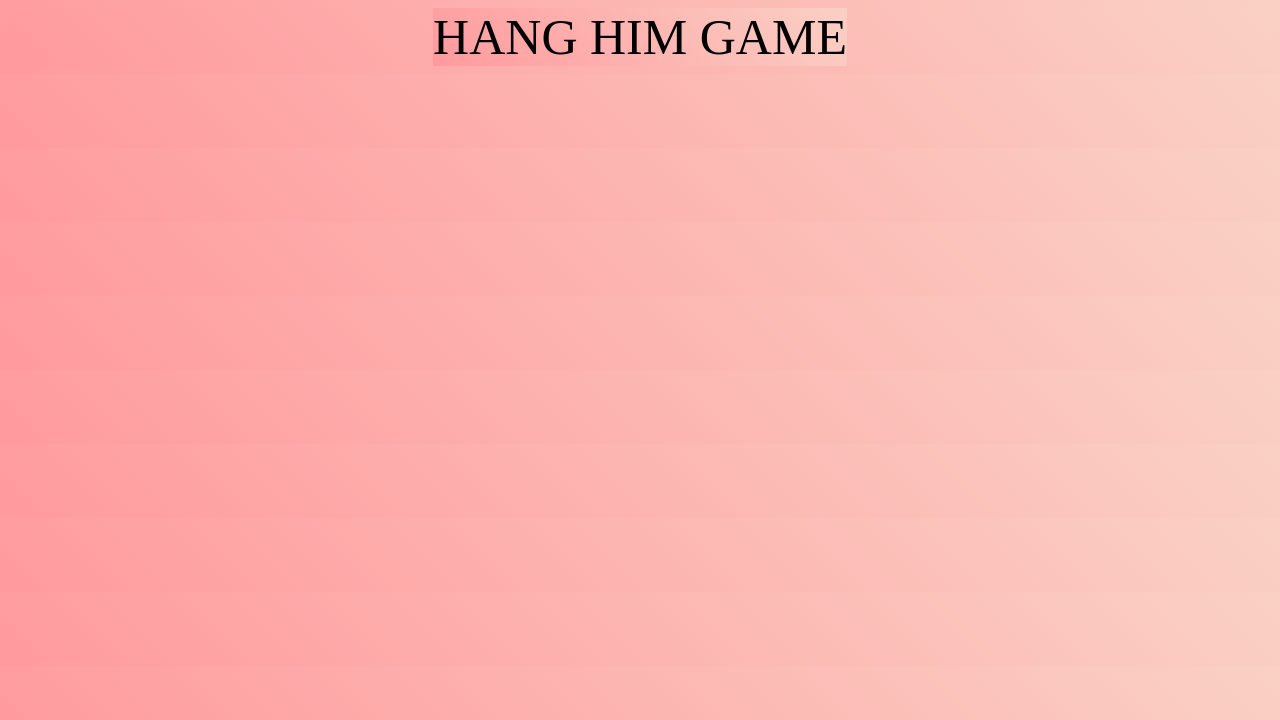
Repository: leandroBarbosaFR/Game-HangHim
Page: index.html
An editor plug-in stored every save of this project. The page is shown before and after the next save, followed by the edit.
The browser window is 1280 px wide. The pictures show the whole page.

Above is the page before, as saved 2022-07-22 17:51:34.

### index.html
<!DOCTYPE html>
<html lang="en">
<head>
  <meta charset="UTF-8">
  <meta http-equiv="X-UA-Compatible" content="IE=edge">
  <meta name="viewport" content="width=device-width, initial-scale=1.0">
  <link rel="stylesheet" href="style.css">
  <link rel="preconnect" href="https://fonts.googleapis.com">
<link rel="preconnect" href="https://fonts.gstatic.com" crossorigin>
<link href="https://fonts.googleapis.com/css2?family=Press+Start+2P&display=swap" rel="stylesheet">
  <title>Hang Him Game</title>
</head>
<body>
  <div class="container">
    <span>HANG HIM GAME</span>
  </div>

</body>
</html>

### style.css
* {
  background-image: linear-gradient(45deg, #ff9a9e 0%, #fad0c4 99%, #fad0c4 100%);
}

.container {
  width: 100%;
  height: 100%;
  display: flex;
  justify-content: center;
  align-items: center;
  flex-direction: column;
  font-size: 50px;
}

After the next save:
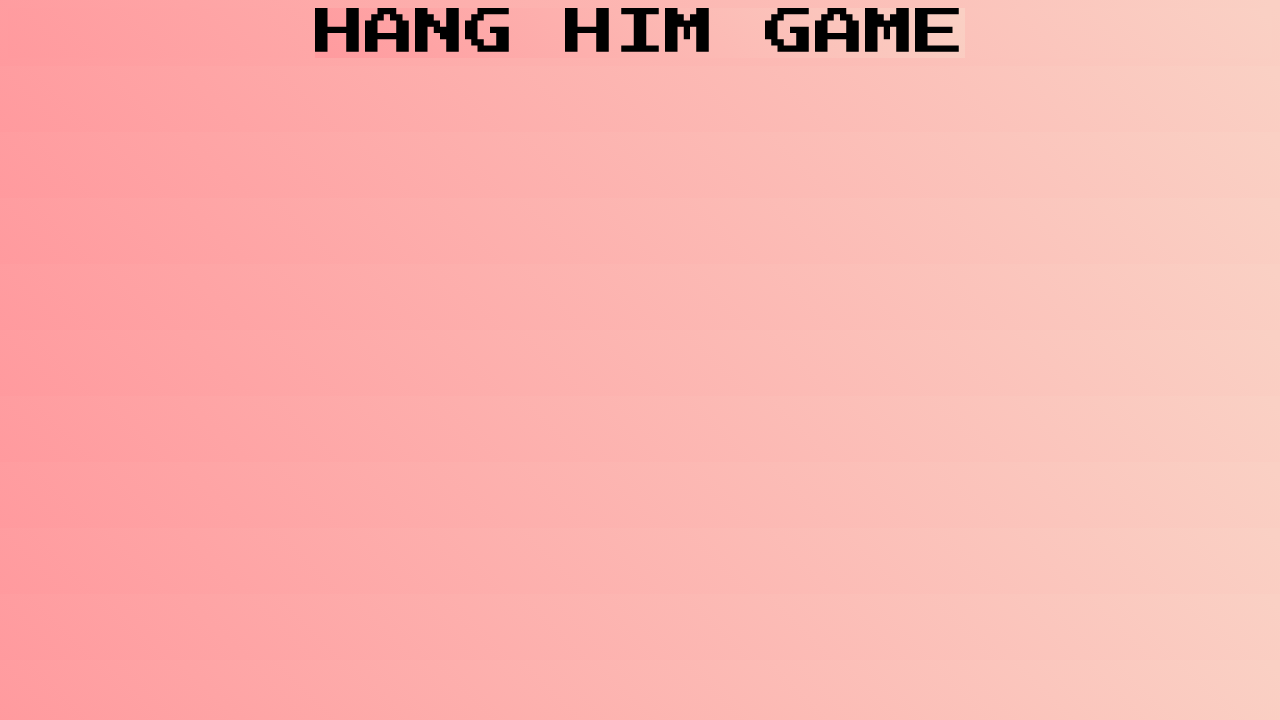
Saved 4 s later.
--- a/style.css
+++ b/style.css
@@ -11,3 +11,7 @@
   flex-direction: column;
   font-size: 50px;
 }
+
+span {
+  font-family: 'Press Start 2P', cursive;
+}
